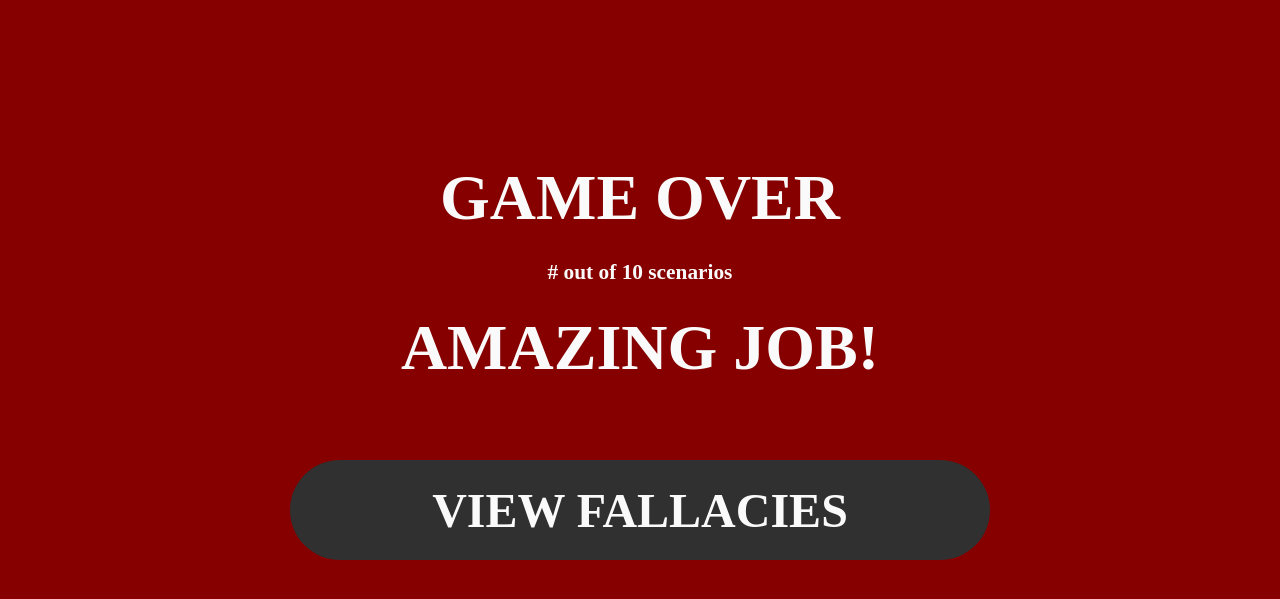
Repository: cindyvunguyen/fallacy
Page: index.html
These files come from the project's save history. The page is drawn as it stood at one moment and after the next save; the edit follows.
The browser window is 1280 px wide. The pictures show the whole page.
After loading, the first visible `button.grey-button` was clicked once.
Some web fonts or font styles are not loaded; a fallback is used.

Above is the page before, as saved 2020-03-13 14:34:00.

After the next save:
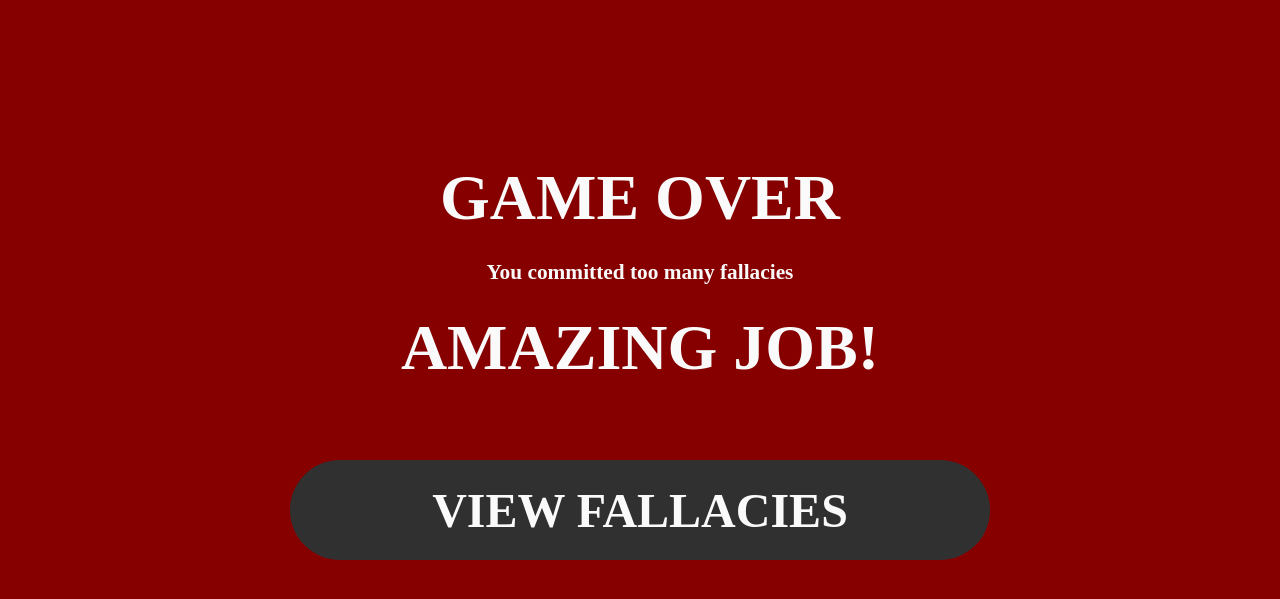
Saved 61 s later.
--- a/js.js
+++ b/js.js
@@ -23,7 +23,7 @@ function switchPage() {
 function gameOver() {
     document.querySelector("#results-page").style.backgroundColor = "#860000";
     document.querySelector("#rp-message").innerText = "GAME OVER";
-    document.querySelector("#cip-text2").innerText = "You committed the";
+    document.querySelector("#rp-results").innerText = "You committed too many fallacies";
     document.querySelector("#icon").style.backgroundColor = "#b34c20";
 }
 
